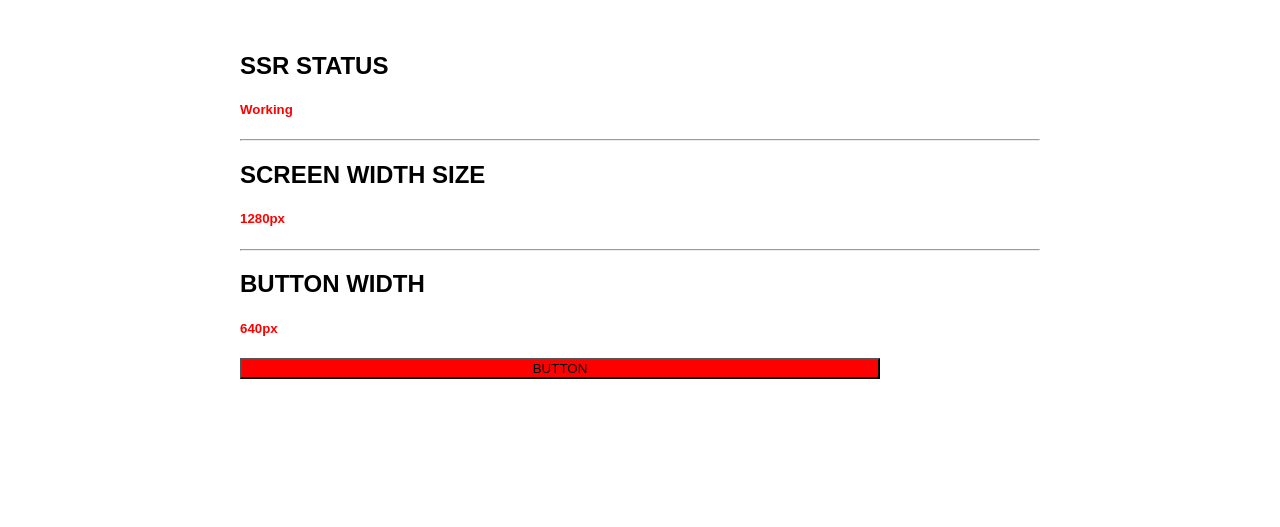
Repository: adrihle/screen-detector-nextpwa
Page: /
An editor plug-in stored every save of this project. The page is shown before and after the next save, followed by the edit.
The browser window is 1280 px wide. The pictures show the whole page.
The project was rebuilt for these pictures with package versions that can differ from the ones it lists, and the page was loaded fresh each time. The framework's server and built-in components were replaced by stand-ins that run in the browser. Imported but missing from the stored project, and not drawn on this page: pages/_document.

Above is the page before, as saved 2020-12-28 14:52:34.

### pages/_app.js
import App, { Container } from "next/app";
import Head from "next/head";
import styled, { createGlobalStyle } from "styled-components";
import { title } from "./_document";
import ScreenSizeLayout from '../components/layouts/ScreenSizeLayout'

// Any global CSS variables and selectors we want
const GlobalStyle = createGlobalStyle`
  :root {
    --padding: 2rem;
    --max-width: 50rem;
  }

  body {
    background: var(--background--1);
    font-family: 'PT Sans', sans-serif;
    margin: 0;
  }
`;

const Main = styled.main`
  margin: 0 auto;
  max-width: var(--max-width);
  padding: var(--padding);
`;

export default class MyApp extends App {
  static async getInitialProps({ Component, ctx }) {
    let pageProps = {};

    if (Component.getInitialProps) {
      pageProps = await Component.getInitialProps(ctx);
    }

    return { pageProps };
  }

  render() {
    const { Component, pageProps, router } = this.props;

    return (
      <>
        <Head>
          <title>{title}</title>
        </Head>
        <Container>
          {/* here a style layout */}
          <Main>
            {/* here a smart screen detector */}
            <ScreenSizeLayout>
              <Component {...pageProps} router={router} />
            </ScreenSizeLayout>
          </Main>
          <GlobalStyle />
        </Container>
      </>
    );
  }
}

### pages/index.js
import { useEffect, useState } from 'react'
import ScreenSizeLayout from '../components/layouts/ScreenSizeLayout'


const Index = ({ server, size }) => {



  const width = size + 'px'

  const btnWidth = size / 2

  return (
    <>
        <h2>SSR STATUS</h2>
        <h5 style={{color:'red'}}>{server ? 'Working' : 'Not Working'}</h5>
        <hr />
        <h2>SCREEN WIDTH SIZE</h2>
        <h5 style={{color:'red'}}>{width}</h5>
        <hr/>
        {size>240 && (
          <>
            <h2>BUTTON WIDTH</h2>
            <h5 style={{color:'red'}}>{`${btnWidth}px`}</h5>
            <button style={{background:'red', width:btnWidth}}>BUTTON</button>
          </>
        )}
    </>
  )
}

Index.getInitialProps = async function() {
  return {
    server: true,
  }
};

export default Index;

### components/layouts/ScreenSizeLayout.tsx
import {Children, cloneElement, useState, useEffect } from 'react'

const ScreenSizeLayout = ({ children }) => {

    const [size, setSize] = useState(null)
    const [screen, setScreen] = useState(null)

    const handleSize = () => {
        let width = window.innerWidth
        setSize(width)
        if (width < 420){setScreen('Mobile')}
        else {setScreen('Land Mobile')}
    }

    useEffect(() => {
        handleSize()
        window.addEventListener('resize', handleSize)
        return () => {window.removeEventListener('resize', handleSize)}
    },[])

    const childrenWithProps = Children.map(children, child => {
        return cloneElement(child, {
            size, screen
        });
      });

    return (
        <>
            {childrenWithProps}
        </>
    )
}

export default ScreenSizeLayout

After the next save:
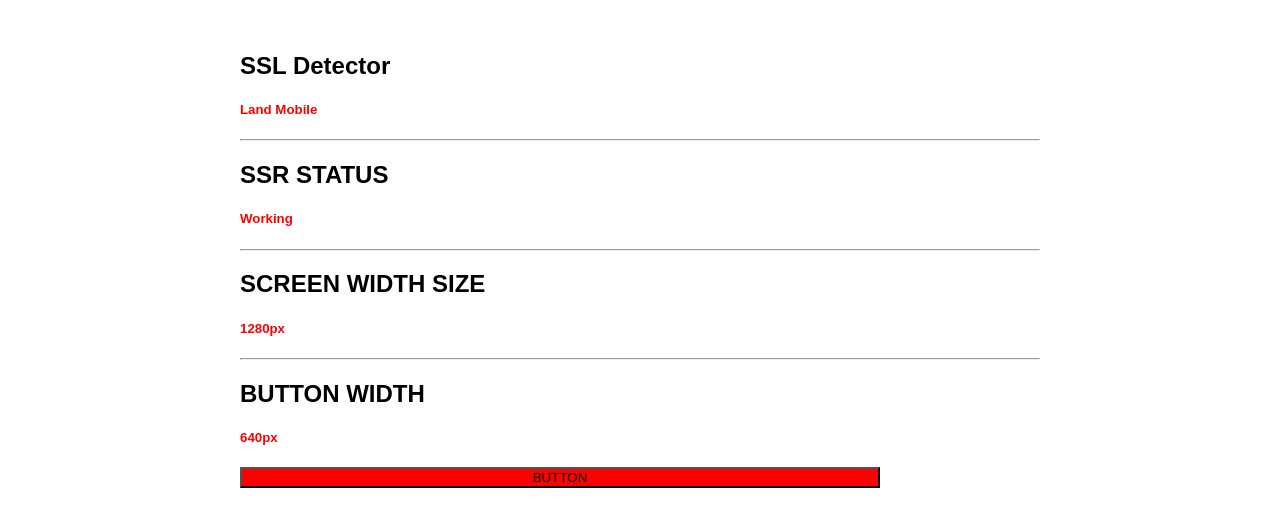
Saved 46 s later.
--- a/pages/index.js
+++ b/pages/index.js
@@ -2,7 +2,7 @@ import { useEffect, useState } from 'react'
 import ScreenSizeLayout from '../components/layouts/ScreenSizeLayout'
 
 
-const Index = ({ server, size }) => {
+const Index = ({ server, size, screen }) => {
 
 
 
@@ -12,6 +12,9 @@ const Index = ({ server, size }) => {
 
   return (
     <>
+        <h2>SSL Detector</h2>
+        <h5 style={{color:'red'}}>{screen}</h5>
+        <hr />
         <h2>SSR STATUS</h2>
         <h5 style={{color:'red'}}>{server ? 'Working' : 'Not Working'}</h5>
         <hr />
